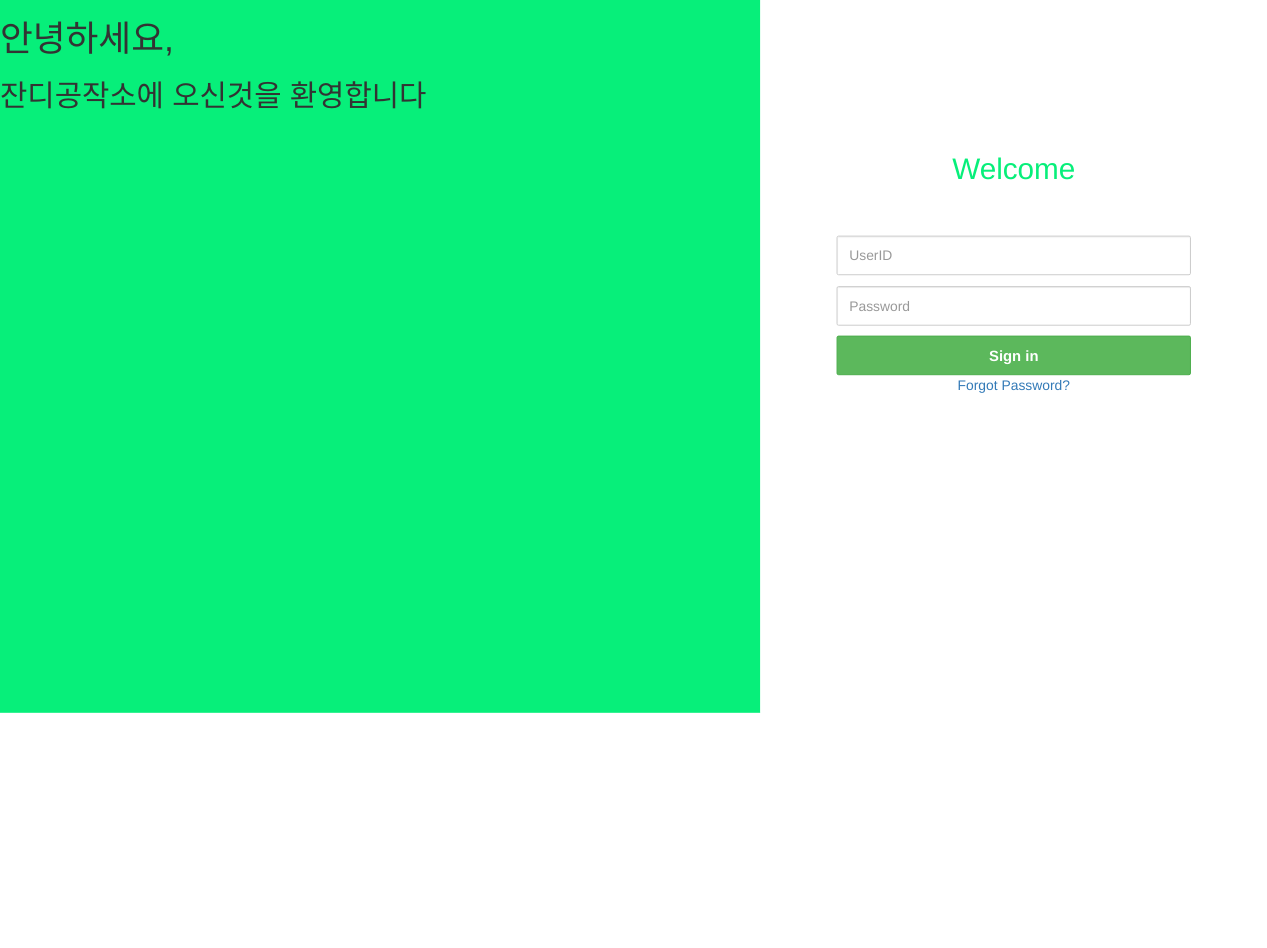
Repository: guddus326/Grass_Farm
Page: http://localhost/Grass_Farm/Index.jsp
The author's editor kept a copy of each file at every save. The page is drawn from the files as they stood at one save, then again after the next save.
The browser window is 1280 px wide. The pictures show the whole page, at 99% of full size.
The page is served by Tomcat 9. Other server files are loaded and not shown.

Above is the page before, as saved 2021-03-15 14:26:35.

### Grass_Farm/Grass_Farm/WebContent/Index.jsp
<%@ page language="java" contentType="text/html; charset=UTF-8" pageEncoding="UTF-8"%>

<!DOCTYPE html>
<html>
<head>
<meta charset="UTF-8">
<meta http-equiv="Content-Type" content="text/html";charset-UTF-8">
<link rel="stylesheet" href="css/bootstrap.min.css">
<title>잔디공작소</title>
<style>


        .login-form {
    		width: 70%;
    		margin: 10% auto;
    		text-align:center;
		}
		.login-btn {
    		font-size: 15px;
    		font-weight: bold;
  			min-height: 40px;
  			border-radius: 2px;
		}

		.form-control{

			width:100%;
			height:40px;
			margin-bottom:3%;
			border-radius: 2px;
		}

 		div {
        	width: 100%;
        	height: 100vh;
        }
    	div.left {
        	width: 60%;
        	float: left;
        	background: #07ef7a;
    	}
    	div.right {
        	width: 40%;
        	float: right;
        	background: #ffffff;
    	}
    	h2.welcome{
    		text-align: center;
    		margin-top: 30%;
    		color:#07ef7a
    	}
     	body {
     		overflow:hidden
     	}
    </style>
</head>

<body>
    <div>
        <div class="left">
        	<h1 class="welcome">안녕하세요,</h1>
        	<h2 class=>잔디공작소에 오신것을 환영합니다</h2>
        </div>

        <div class="right">
        	<h2 class="welcome">Welcome</h2>
        	<div class="login-form">
    			<form action="LoginAction.jsp" method="post">
  					<input type="text" class="form-control" name="userID" placeholder="UserID" aria-describedby="basic-addon1" required="required">
  					<input type="password" class="form-control" name="userPass" placeholder="Password" aria-describedby="basic-addon2" required="required">
            		<button type="submit" class="btn btn-success login-btn btn-block">Sign in</button>
            		<a href="#">Forgot Password?</a>
    			</form>
			</div>
        </div>
    </div>
</body>



</body>
</html>

Loaded but not shown: Grass_Farm/Grass_Farm/WebContent/css/bootstrap.min.css (library)

After the next save:
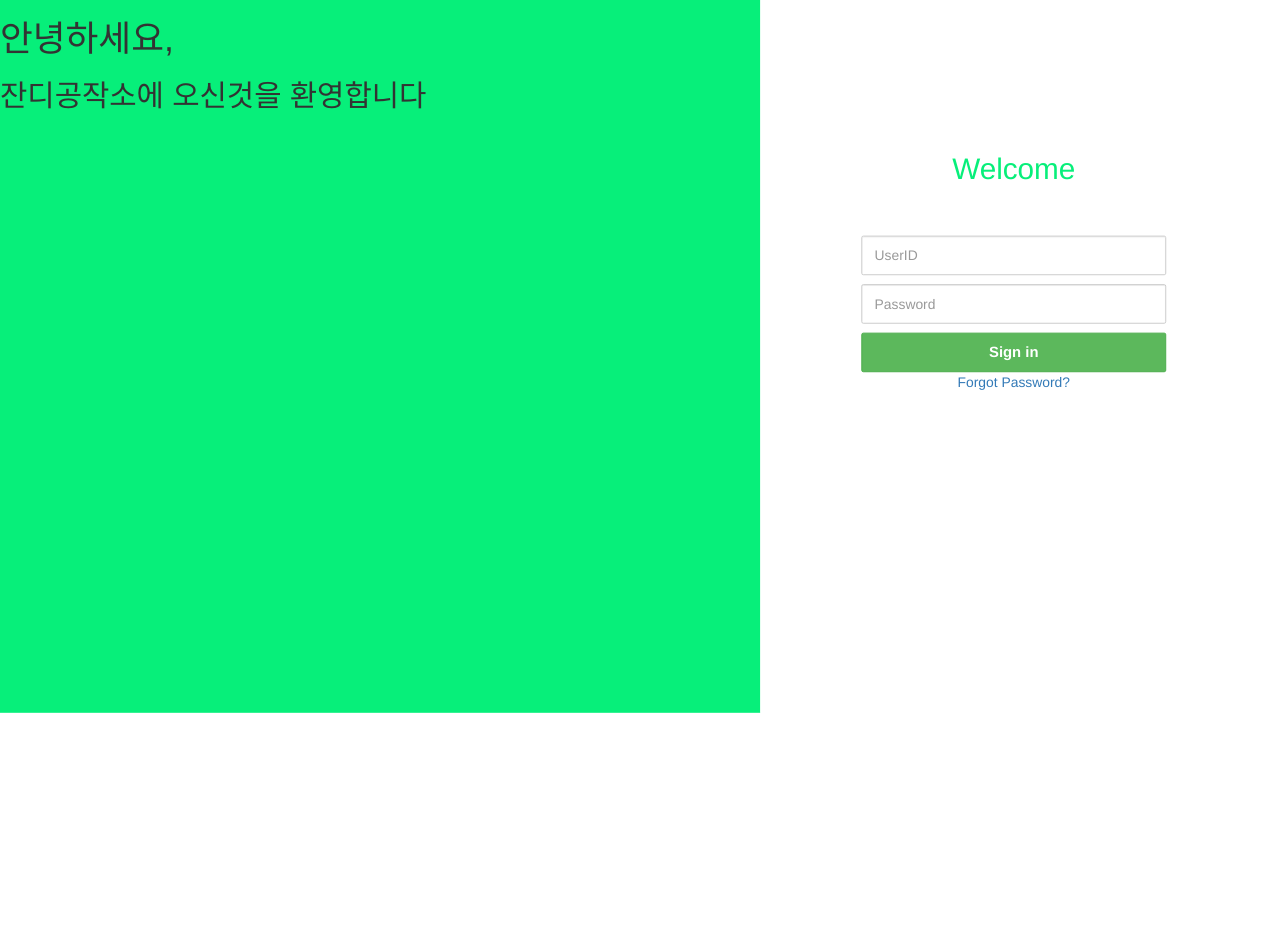
Saved 14 s later.
--- a/Grass_Farm/Grass_Farm/WebContent/Index.jsp
+++ b/Grass_Farm/Grass_Farm/WebContent/Index.jsp
@@ -11,7 +11,7 @@
 
 
         .login-form {
-    		width: 70%;
+    		width: 60%;
     		margin: 10% auto;
     		text-align:center;
 		}
